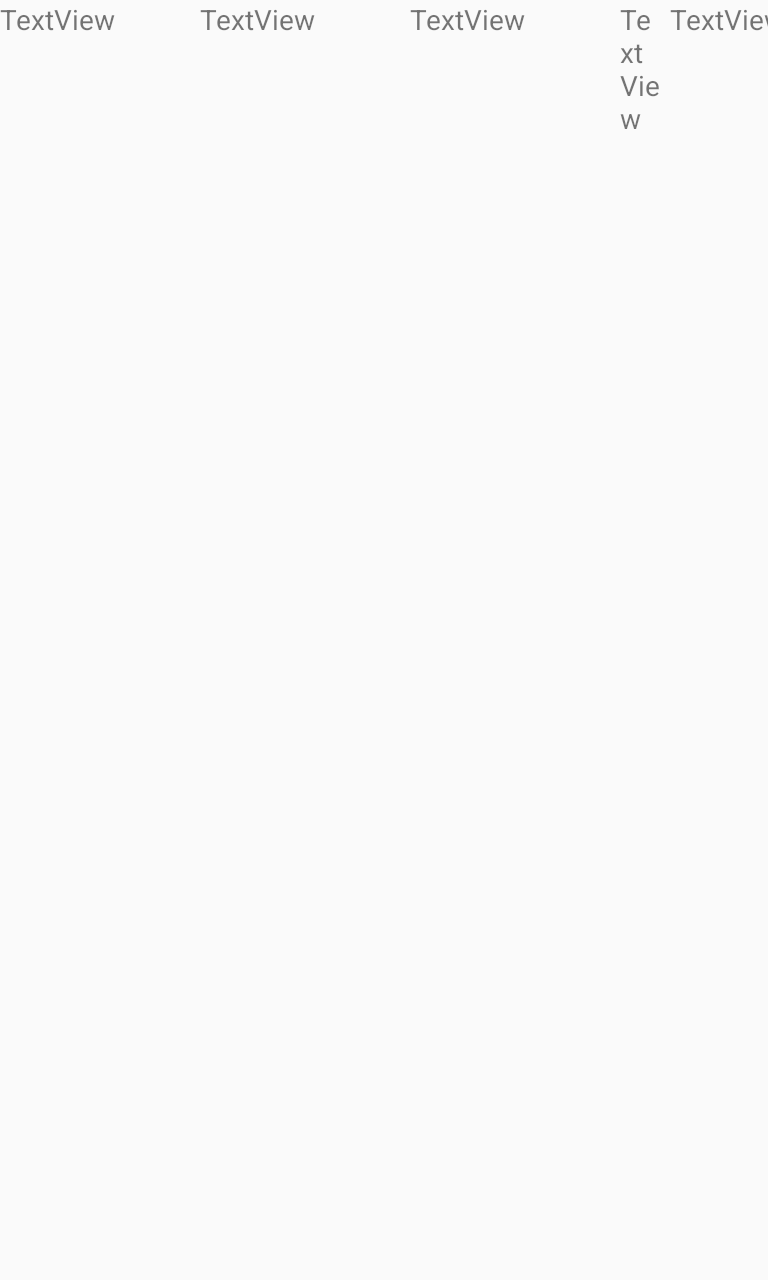
Repository: bhazenstab16/addressbookBMH
Layout: AddressBook/res/layout/item_layout.xml
The author's editor kept a copy of each file at every save. The layout is drawn from the files as they stood at one save, then again after the next save.
It is drawn on a 768 x 1280 px phone screen (xhdpi) without system bars, with theme AppTheme; the app's code is not run.

Above is the layout before, as saved 2019-10-21 16:30:26.

### AddressBook/res/layout/item_layout.xml
<?xml version="1.0" encoding="utf-8"?>
<LinearLayout xmlns:android="http://schemas.android.com/apk/res/android"
    android:id="@+id/LinearLayout1"
    android:layout_width="match_parent"
    android:layout_height="match_parent"
    android:orientation="horizontal" >

    <TextView
        android:id="@+id/textViewName"
        android:layout_width="100dp"
        android:layout_height="wrap_content"
        android:ems="10"
        android:text="TextView" />

    <TextView
        android:id="@+id/textViewStreetAddress"
        android:layout_width="100dp"
        android:layout_height="wrap_content"
        android:layout_marginRight="5dp"
        android:ems="10"
        android:text="TextView" />

    <TextView
        android:id="@+id/textViewCity"
        android:layout_width="100dp"
        android:layout_height="wrap_content"
        android:layout_marginRight="5dp"
        android:ems="10"
        android:text="TextView" />

    <TextView
        android:id="@+id/textViewState"
        android:layout_width="20dp"
        android:layout_height="wrap_content"
        android:layout_marginRight="5dp"
        android:ems="10"
        android:text="TextView" />

    <TextView
        android:id="@+id/textViewZip"
        android:layout_width="60dp"
        android:layout_height="wrap_content"
        android:ems="10"
        android:text="TextView" />

</LinearLayout>

Loaded but not shown: AddressBook/res/values/styles.xml (common file); AddressBook/res/values-v11/styles.xml (common file); AddressBook/res/values-v14/styles.xml (common file)

After the next save:
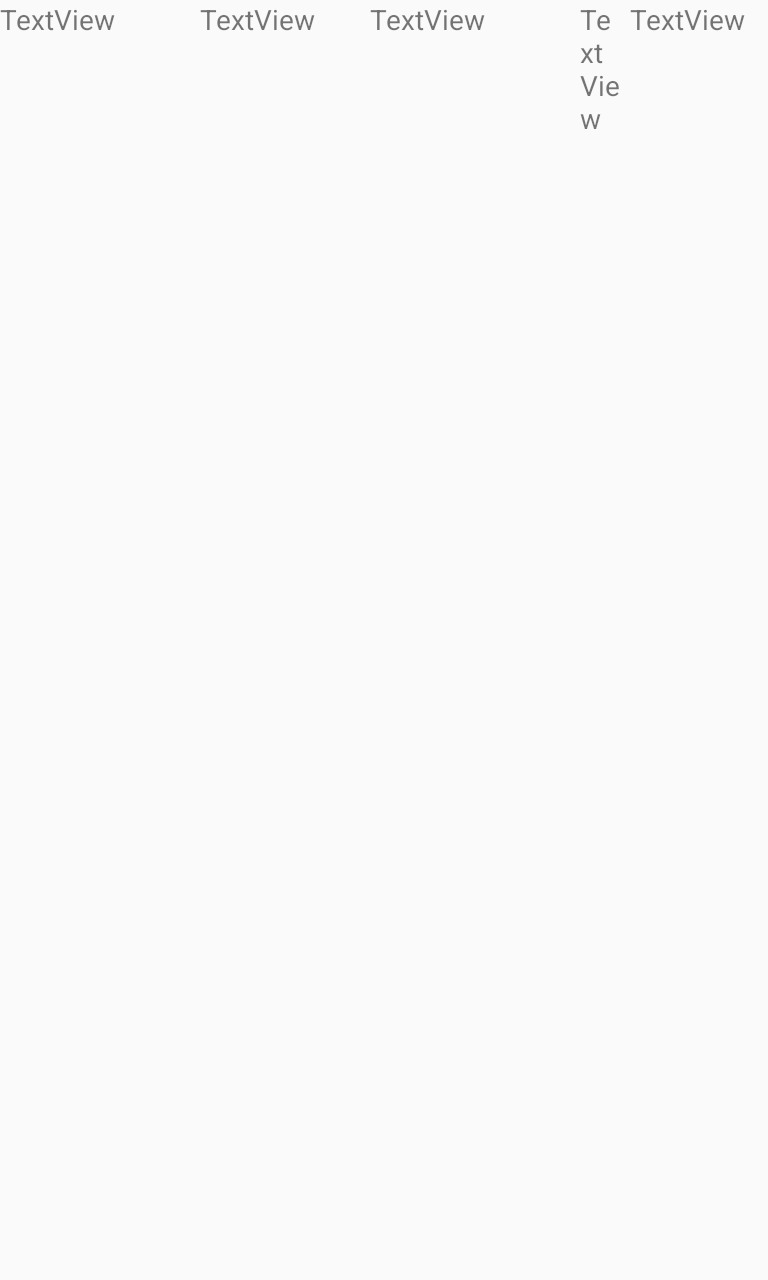
Saved 2 min 15 s later.
--- a/AddressBook/res/layout/item_layout.xml
+++ b/AddressBook/res/layout/item_layout.xml
@@ -14,7 +14,7 @@
 
     <TextView
         android:id="@+id/textViewStreetAddress"
-        android:layout_width="100dp"
+        android:layout_width="80dp"
         android:layout_height="wrap_content"
         android:layout_marginRight="5dp"
         android:ems="10"
